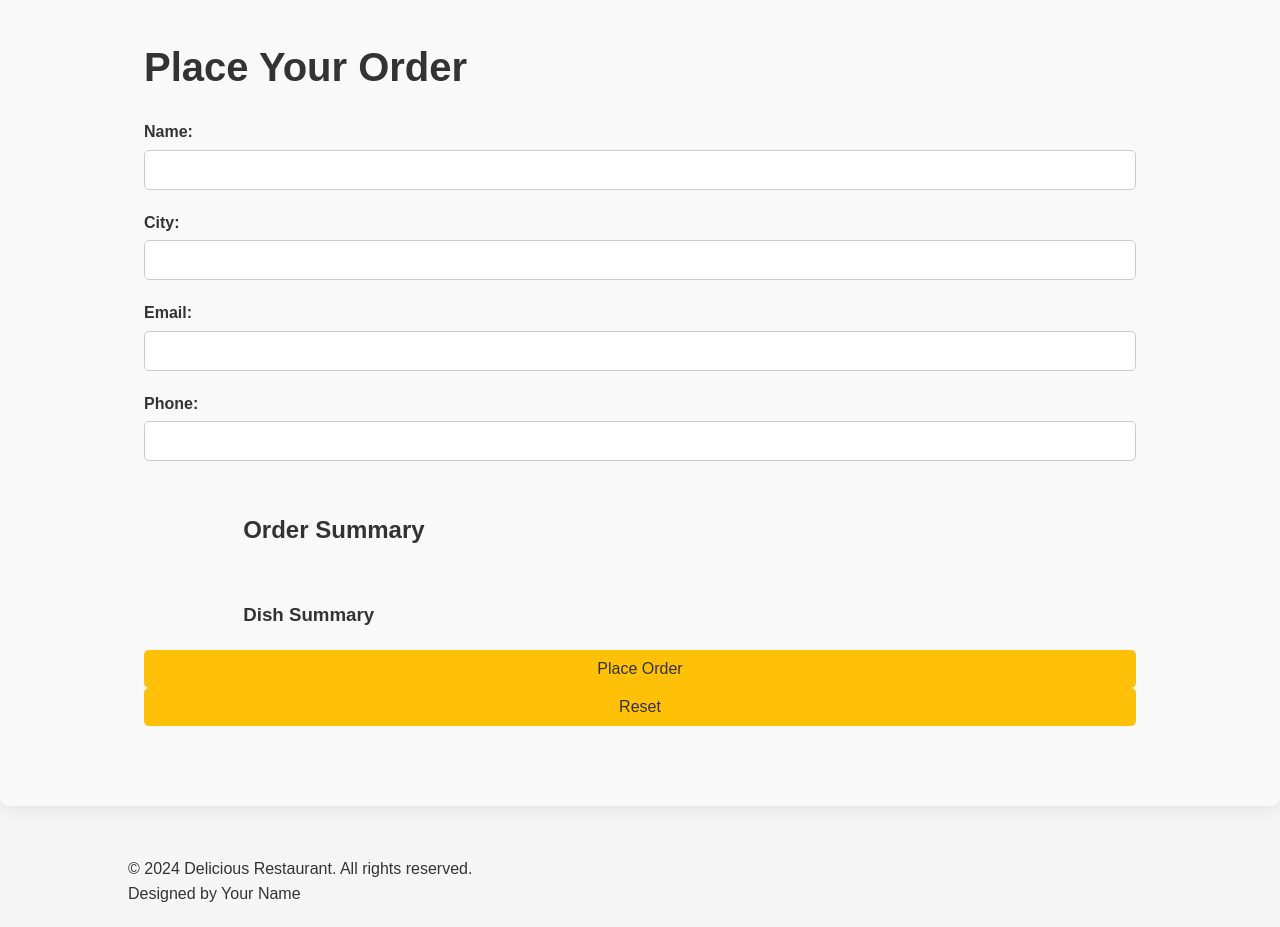
Repository: Mayanksaini1224/eclipse-workspace
Page: Restaurant/src/main/webapp/Menu.html
The author's editor kept a copy of each file at every save. The page is drawn from the files as they stood at one save, then again after the next save.
The browser window is 1280 px wide. The pictures show the part of the page from y = 2978 to 3930 px (the page is 3905 px tall before and 3930 px after).
A picture or video elsewhere on the page could not be fetched, so the positions and the page height are approximate.

Above is the page before, as saved 2024-06-28 17:08:07.

### Restaurant/src/main/webapp/Menu.html
<!DOCTYPE html>
<html lang="en">
<head>
    <meta charset="UTF-8">
    <meta name="viewport" content="width=device-width, initial-scale=1.0">
    <title>Menu - Delicious Restaurant</title>
    <style>
        /* Reset and base styles */
        * {
            margin: 0;
            padding: 0;
            box-sizing: border-box;
        }

        body {
            font-family: Arial, sans-serif;
            line-height: 1.6;
            background-color: #f5f5f5;
            margin: 0;
            padding: 0;
            color: #333; /* Default text color */
        }

        .container {
            width: 80%;
            margin: 0 auto;
            padding: 20px 0;
        }

        header {
            background-color: #333;
            color: #fff;
            padding: 10px 0;
        }

        header .logo img {
            width: 150px;
            height: auto;
            display: block;
            margin: 0 auto;
        }

        header nav ul {
            list-style-type: none;
            text-align: center;
            margin-top: 10px;
        }

        header nav ul li {
            display: inline-block;
            margin: 0 10px;
        }

        header nav ul li a {
            text-decoration: none;
            color: #fff;
            font-size: 18px;
            transition: color 0.3s ease;
        }

        header nav ul li a:hover {
            color: #ffc107;
        }

        .menu-section {
            background-color: #fff;
            padding: 50px 0;
            text-align: center;
            margin-bottom: 30px;
            box-shadow: 0 0 20px rgba(0, 0, 0, 0.1);
            border-radius: 10px;
        }

        .menu-section h2 {
            font-size: 2.5em;
            margin-bottom: 30px;
            text-transform: uppercase;
            letter-spacing: 1px;
            color: #333;
        }

        .menu-items {
            display: flex;
            justify-content: space-around;
            flex-wrap: wrap;
        }

        .menu-item {
            text-align: center;
            width: 30%;
            margin-bottom: 30px;
            padding: 0 10px;
            border: 1px solid #ddd;
            border-radius: 10px;
            box-shadow: 0 2px 4px rgba(0,0,0,0.1);
            transition: transform 0.3s ease, box-shadow 0.3s ease;
        }

        .menu-item img {
            width: 100%;
            border-top-left-radius: 10px;
            border-top-right-radius: 10px;
        }

        .menu-item-content {
            padding: 15px;
        }

        .menu-item h3 {
            font-size: 1.8em;
            margin-bottom: 10px;
            color: #333;
        }

        .menu-item p {
            font-size: 1.1em;
            color: #666;
        }

        .menu-item:hover {
            transform: translateY(-5px);
            box-shadow: 0 4px 8px rgba(0,0,0,0.2);
        }

        .order-form {
            background-color: #f9f9f9;
            padding: 40px 20px;
            border-radius: 10px;
            box-shadow: 0 0 20px rgba(0, 0, 0, 0.1);
            margin-bottom: 30px;
        }

        .order-form h2 {
            font-size: 2.5em;
            margin-bottom: 20px;
            color: #333;
        }

        .form-group {
            margin-bottom: 20px;
        }

        .form-group label {
            display: block;
            font-weight: bold;
            margin-bottom: 5px;
        }

        .form-group input,
        .form-group select {
            width: 100%;
            padding: 10px;
            font-size: 1em;
            border: 1px solid #ccc;
            border-radius: 5px;
            transition: border-color 0.3s ease;
        }

        .form-group input[type="number"] {
            appearance: none;
            -moz-appearance: textfield;
            text-align: center;
            padding: 8px;
            border: 1px solid #ccc;
            border-radius: 5px;
            width: 60px;
            font-size: 1em;
            transition: border-color 0.3s ease;
        }

        .form-group input[type="number"]::-webkit-outer-spin-button,
        .form-group input[type="number"]::-webkit-inner-spin-button {
            -webkit-appearance: none;
            margin: 0;
        }

        .form-group input:focus,
        .form-group select:focus {
            outline: none;
            border-color: #ffc107;
        }

        .form-group input[type="submit"],
        .form-group input[type="reset"] {
            background-color: #ffc107;
            color: #333;
            border: none;
            cursor: pointer;
            transition: background-color 0.3s ease;
            padding: 10px 20px;
            border-radius: 5px;
            margin-right: 10px;
        }

        .form-group input[type="submit"]:hover,
        .form-group input[type="reset"]:hover {
            background-color: #ffdb70;
        }

        .order-summary {
            margin-top: 30px;
            text-align: left;
        }

        .order-summary h3 {
            font-size: 1.5em;
            margin-bottom: 10px;
            color: #333;
        }

        .order-summary ul {
            list-style-type: none;
            padding: 0;
        }

        .order-summary li {
            font-size: 1.1em;
            margin-bottom: 5px;
        }

        @media (max-width: 768px) {
            .container {
                width: 90%;
            }

            .menu-item {
                width: 100%;
            }
        }
    </style>
    <link rel="stylesheet" href="https://cdnjs.cloudflare.com/ajax/libs/font-awesome/5.15.4/css/all.min.css"> <!-- Font Awesome for icons -->
</head>
<body>
    <header>
        <div class="container">
            <div class="logo">
                <img src="logo.png" alt="Delicious Restaurant">
            </div>
            <nav>
                <ul>
                    <li><a href="index.html">Home</a></li>
                    <li><a href="menu.html">Menu</a></li>
                    <li><a href="about.html">About Us</a></li>
                    <li><a href="contact.html">Contact</a></li>
                </ul>
            </nav>
        </div>
    </header>

    <section class="menu-section" id="chinese">
        <div class="container">
            <h2>Chinese Cuisine</h2>
            <div class="menu-items">
                <div class="menu-item" data-dish="Chinese Dish 1">
                    <img src="chinese-dish1.jpg" alt="Chinese Dish 1">
                    <div class="menu-item-content">
                        <h3>Chinese Dish 1</h3>
                        <p>Description of the Chinese dish. Lorem ipsum dolor sit amet.</p>
                        <div class="quantity">
                            <button class="quantity-btn minus" onclick="decrementQuantity('quantity_chinese1')">-</button>
                            <input type="number" id="quantity_chinese1" name="quantity_chinese1" min="0" value="0">
                            <button class="quantity-btn plus" onclick="incrementQuantity('quantity_chinese1')">+</button>
                        </div>
                    </div>
                </div>
                <div class="menu-item" data-dish="Chinese Dish 2">
                    <img src="chinese-dish2.jpg" alt="Chinese Dish 2">
                    <div class="menu-item-content">
                        <h3>Chinese Dish 2</h3>
                        <p>Description of the Chinese dish. Lorem ipsum dolor sit amet.</p>
                        <div class="quantity">
                            <button class="quantity-btn minus" onclick="decrementQuantity('quantity_chinese2')">-</button>
                            <input type="number" id="quantity_chinese2" name="quantity_chinese2" min="0" value="0">
                            <button class="quantity-btn plus" onclick="incrementQuantity('quantity_chinese2')">+</button>
                        </div>
                    </div>
                </div>
                <!-- Add more Chinese dishes as needed -->
            </div>
        </div>
    </section>

    <section class="menu-section" id="italian">
        <div class="container">
            <h2>Italian Cuisine</h2>
            <div class="menu-items">
                <div class="menu-item" data-dish="Italian Dish 1">
                    <img src="italian-dish1.jpg" alt="Italian Dish 1">
                    <div class="menu-item-content">
                        <h3>Italian Dish 1</h3>
                        <p>Description of the Italian dish. Lorem ipsum dolor sit amet.</p>
                        <div class="quantity">
                            <button class="quantity-btn minus" onclick="decrementQuantity('quantity_italian1')">-</button>
                            <input type="number" id="quantity_italian1" name="quantity_italian1" min="0" value="0">
                            <button class="quantity-btn plus" onclick="incrementQuantity('quantity_italian1')">+</button>
                        </div>
                    </div>
                </div>
                <div class="menu-item" data-dish="Italian Dish 2">
                    <img src="italian-dish2.jpg" alt="Italian Dish 2">
                    <div class="menu-item-content">
                        <h3>Italian Dish 2</h3>
                        <p>Description of the Italian dish. Lorem ipsum dolor sit amet.</p>
                        <div class="quantity">
                            <button class="quantity-btn minus" onclick="decrementQuantity('quantity_italian2')">-</button>
                            <input type="number" id="quantity_italian2" name="quantity_italian2" min="0" value="0">
                            <button class="quantity-btn plus" onclick="incrementQuantity('quantity_italian2')">+</button>
                        </div>
                    </div>
                </div>
                <!-- Add more Italian dishes as needed -->
            </div>
        </div>
    </section>

    <section class="menu-section" id="beverages">
        <div class="container">
            <h2>Beverages</h2>
            <div class="menu-items">
                <div class="menu-item" data-dish="Beverage 1">
                    <img src="beverage1.jpg" alt="Beverage 1">
                    <div class="menu-item-content">
                        <h3>Beverage 1</h3>
                        <p>Description of the beverage. Lorem ipsum dolor sit amet.</p>
                        <div class="quantity">
                            <button class="quantity-btn minus" onclick="decrementQuantity('quantity_beverage1')">-</button>
                            <input type="number" id="quantity_beverage1" name="quantity_beverage1" min="0" value="0">
                            <button class="quantity-btn plus" onclick="incrementQuantity('quantity_beverage1')">+</button>
                        </div>
                    </div>
                </div>
                <div class="menu-item" data-dish="Beverage 2">
                    <img src="beverage2.jpg" alt="Beverage 2">
                    <div class="menu-item-content">
                        <h3>Beverage 2</h3>
                        <p>Description of the beverage. Lorem ipsum dolor sit amet.</p>
                        <div class="quantity">
                            <button class="quantity-btn minus" onclick="decrementQuantity('quantity_beverage2')">-</button>
                            <input type="number" id="quantity_beverage2" name="quantity_beverage2" min="0" value="0">
                            <button class="quantity-btn plus" onclick="incrementQuantity('quantity_beverage2')">+</button>
                        </div>
                    </div>
                </div>
                <!-- Add more beverages as needed -->
            </div>
        </div>
    </section>

    <section class="menu-section" id="bakery">
        <div class="container">
            <h2>Bakery</h2>
            <div class="menu-items">
                <div class="menu-item" data-dish="Bakery Item 1">
                    <img src="bakery-item1.jpg" alt="Bakery Item 1">
                    <div class="menu-item-content">
                        <h3>Bakery Item 1</h3>
                        <p>Description of the bakery item. Lorem ipsum dolor sit amet.</p>
                        <div class="quantity">
                            <button class="quantity-btn minus" onclick="decrementQuantity('quantity_bakery1')">-</button>
                            <input type="number" id="quantity_bakery1" name="quantity_bakery1" min="0" value="0">
                            <button class="quantity-btn plus" onclick="incrementQuantity('quantity_bakery1')">+</button>
                        </div>
                    </div>
                </div>
                <div class="menu-item" data-dish="Bakery Item 2">
                    <img src="bakery-item2.jpg" alt="Bakery Item 2">
                    <div class="menu-item-content">
                        <h3>Bakery Item 2</h3>
                        <p>Description of the bakery item. Lorem ipsum dolor sit amet.</p>
                        <div class="quantity">
                            <button class="quantity-btn minus" onclick="decrementQuantity('quantity_bakery2')">-</button>
                            <input type="number" id="quantity_bakery2" name="quantity_bakery2" min="0" value="0">
                            <button class="quantity-btn plus" onclick="incrementQuantity('quantity_bakery2')">+</button>
                        </div>
                    </div>
                </div>
                <!-- Add more bakery items as needed -->
            </div>
        </div>
    </section>

    <section class="order-form">
        <div class="container">
            <h2>Place Your Order</h2>
            <form id="orderForm">
                <div class="form-group">
                    <label for="name">Name:</label>
                    <input type="text" id="name" name="name" required>
                </div>
                <div class="form-group">
                    <label for="city">City:</label>
                    <input type="text" id="city" name="city" required>
                </div>
                <div class="form-group">
                    <label for="email">Email:</label>
                    <input type="email" id="email" name="email">
                </div>
                <div class="form-group">
                    <label for="phone">Phone:</label>
                    <input type="tel" id="phone" name="phone">
                </div>
                 <section class="order-summary">
        <div class="container">
            <h3>Order Summary</h3>
            <ul id="orderSummary">
                <!-- Order summary items will be dynamically added here -->
            </ul>
        </div>
    </section>

    <section class="dish-summary">
        <div class="container">
            <h3>Dish Summary</h3>
            <div id="dishSummary"></div>
        </div>
    </section>

                <div class="form-group">
                    <input type="submit" value="Place Order">
                    <input type="reset" value="Reset">
                </div>
            </form>
        </div>
    </section>



    <footer>
        <div class="container">
            <p>&copy; 2024 Delicious Restaurant. All rights reserved.</p>
            <p>Designed by Your Name</p>
        </div>
    </footer>

    <script>
        document.addEventListener('DOMContentLoaded', function() {
            const form = document.getElementById('orderForm');
            const orderSummary = document.getElementById('orderSummary');
            const dishSummary = document.getElementById('dishSummary');

            form.addEventListener('submit', function(event) {
                event.preventDefault(); // Prevent form submission for demo purposes

                // Clear previous order summary and dish summary
                orderSummary.innerHTML = '';
                dishSummary.innerHTML = '';

                // Get customer details
                const name = document.getElementById('name').value;
                const city = document.getElementById('city').value;
                const email = document.getElementById('email').value;
                const phone = document.getElementById('phone').value;

                // Display customer details
                orderSummary.innerHTML += `<li><strong>Name:</strong> ${name}</li>`;
                orderSummary.innerHTML += `<li><strong>City:</strong> ${city}</li>`;
                if (email) {
                    orderSummary.innerHTML += `<li><strong>Email:</strong> ${email}</li>`;
                }
                if (phone) {
                    orderSummary.innerHTML += `<li><strong>Phone:</strong> ${phone}</li>`;
                }

                // Initialize dish summary array
                const dishSummaryArray = [];

                // Get selected dishes and quantities
                const dishes = document.querySelectorAll('.menu-item');
                dishes.forEach(dish => {
                    const dishName = dish.getAttribute('data-dish');
                    const quantityInput = dish.querySelector('input[type="number"]');
                    const quantity = parseInt(quantityInput.value);

                    if (quantity > 0) {
                        orderSummary.innerHTML += `<li><strong>${dishName}:</strong> ${quantity}</li>`;
                        dishSummaryArray.push(`${quantity} ${dishName}`);
                    }
                });

                // Display dish summary
                dishSummary.innerHTML = dishSummaryArray.join(', ');

                // Optionally, submit the form to a server
                // form.submit(); // Uncomment to enable form submission
            });
        });

        function incrementQuantity(inputId) {
            const input = document.getElementById(inputId);
            input.value = parseInt(input.value) + 1;
        }

        function decrementQuantity(inputId) {
            const input = document.getElementById(inputId);
            const value = parseInt(input.value) - 1;
            input.value = Math.max(0, value); // Ensure quantity doesn't go below zero
        }
    </script>
</body>
</html>

After the next save:
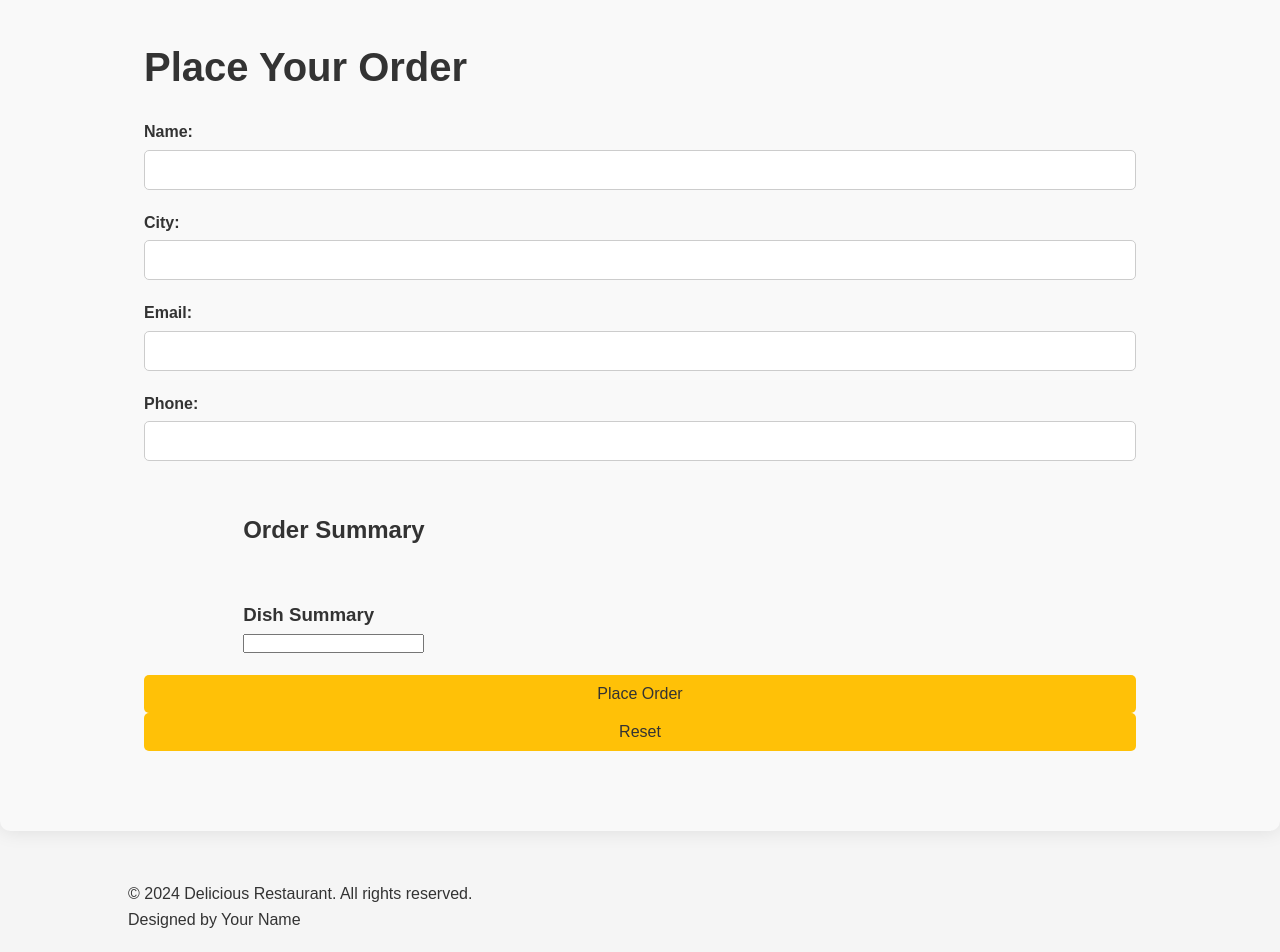
Saved 3 min 51 s later.
--- a/Restaurant/src/main/webapp/Menu.html
+++ b/Restaurant/src/main/webapp/Menu.html
@@ -411,6 +411,7 @@
     <section class="dish-summary">
         <div class="container">
             <h3>Dish Summary</h3>
+            <input type="text" id="orderSummary" name="orderSummary" readonly>
             <div id="dishSummary"></div>
         </div>
     </section>
